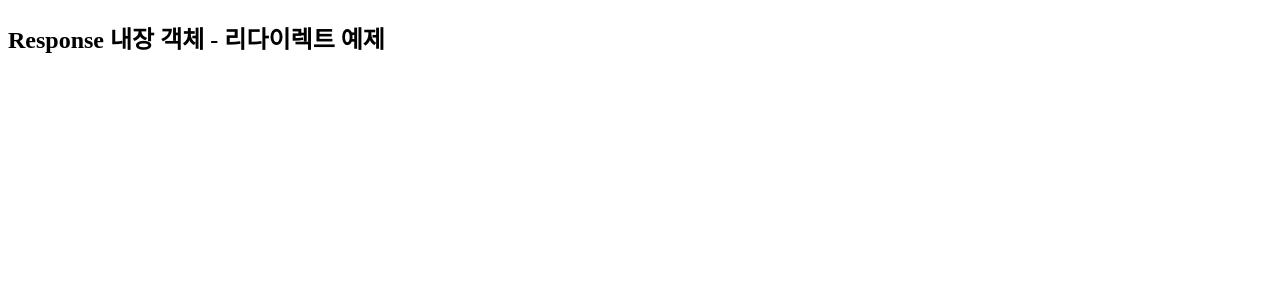
Repository: matodale/StudyJSP
Page: http://localhost/StudyJSP/ch07/responseRedirect.jsp
An editor plug-in stored every save of this project. The page is shown before and after the next save, followed by the edit.
The browser window is 1280 px wide. The pictures show the whole page.
The page is served by Tomcat 9. Other server files are loaded and not shown.

Above is the page before, as saved 2022-12-21 09:28:27.

### StudyJSP/src/main/webapp/ch07/responseRedirect.jsp
<%@ page language="java" contentType="text/html; charset=UTF-8"
    pageEncoding="UTF-8"%>
<!DOCTYPE html>
<html>
<head>
<meta charset="UTF-8">
<title>Response 내장객체</title>
</head>
<body>
<h2>Response 내장 객체 - 리다이렉트 예제</h2>
</body>
</html>

After the next save:
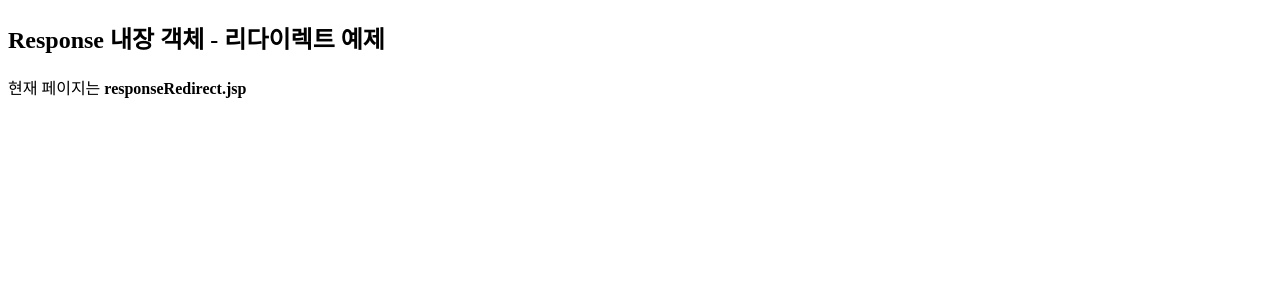
Saved 46 s later.
--- a/StudyJSP/src/main/webapp/ch07/responseRedirect.jsp
+++ b/StudyJSP/src/main/webapp/ch07/responseRedirect.jsp
@@ -8,5 +8,6 @@
 </head>
 <body>
 <h2>Response 내장 객체 - 리다이렉트 예제</h2>
+<p>현재 페이지는 <b>responseRedirect.jsp</b></p>
 </body>
 </html>
